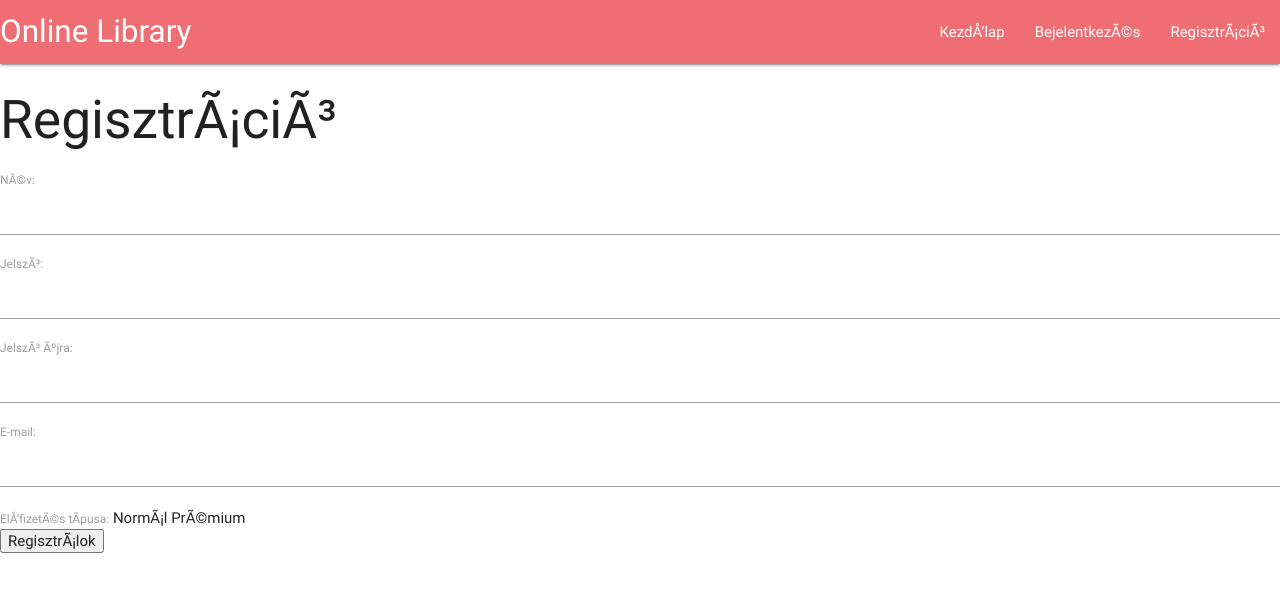
Repository: molnartimi/JavaWeb
Page: http://localhost/OnlineLibrary/WEB-INF/jsp/registration.jsp
An editor plug-in stored every save of this project. The page is shown before and after the next save, followed by the edit.
The browser window is 1280 px wide. The pictures show the whole page.
Some web libraries are served in a nearby version. The page is served by Tomcat 9. Nobody is signed in. The template is opened directly, without the code that normally fills it, so the values that code supplies are empty.

Above is the page before, as saved 2017-04-26 19:15:17.

After the next save:
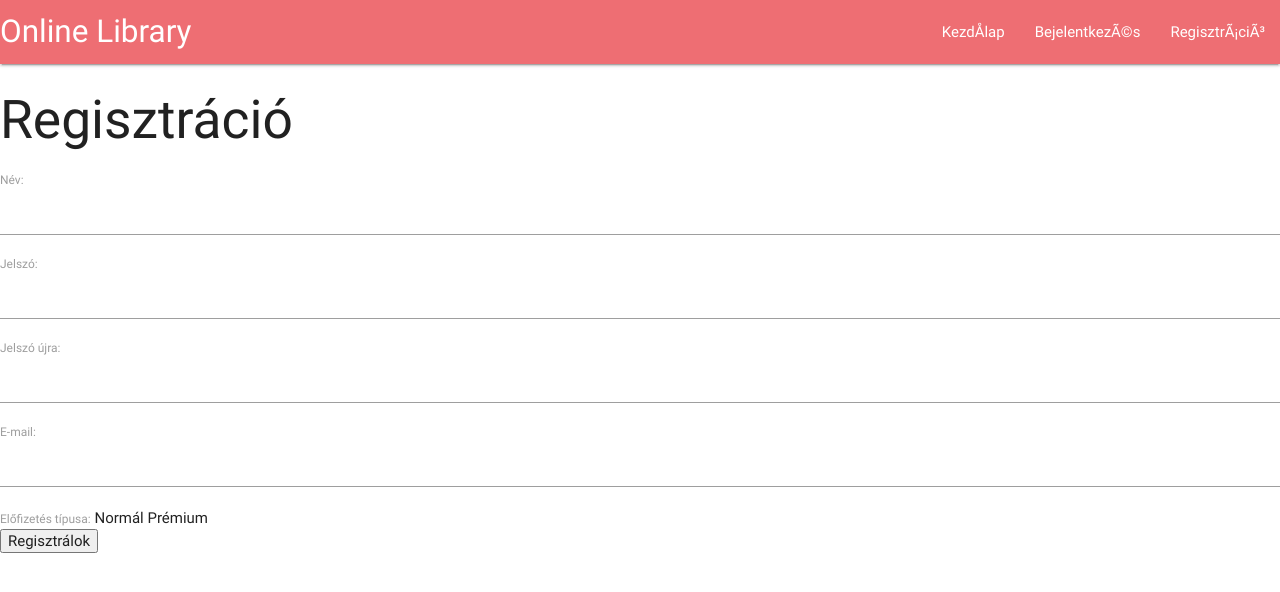
Saved 30 s later.
--- a/OnlineLibrary/WebContent/WEB-INF/jsp/registration.jsp
+++ b/OnlineLibrary/WebContent/WEB-INF/jsp/registration.jsp
@@ -1,5 +1,5 @@
-<%@ page language="java" contentType="text/html; charset=ISO-8859-1"
-    pageEncoding="ISO-8859-1"%>
+<%@ page language="java" contentType="text/html; charset=UTF-8"
+    pageEncoding="UTF-8"%>
 <!DOCTYPE html PUBLIC "-//W3C//DTD HTML 4.01 Transitional//EN" "http://www.w3.org/TR/html4/loose.dtd">
 <html>
 <jsp:include page="header.jsp"/>

After the save that followed:
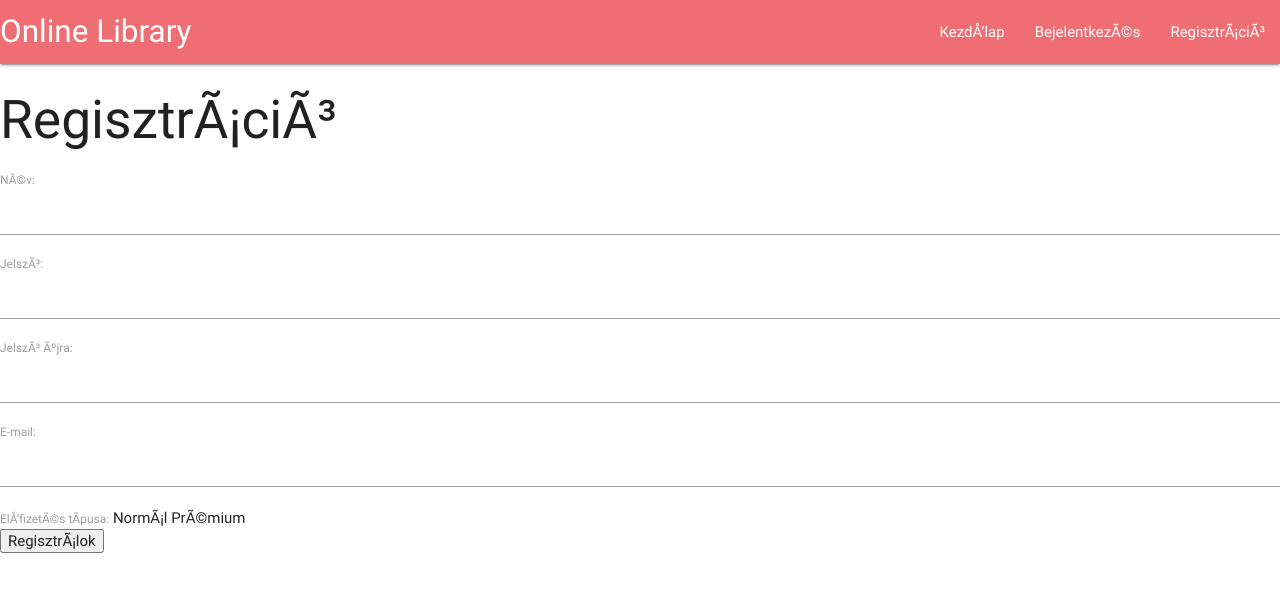
Saved 41 s later.
--- a/OnlineLibrary/WebContent/WEB-INF/jsp/registration.jsp
+++ b/OnlineLibrary/WebContent/WEB-INF/jsp/registration.jsp
@@ -1,5 +1,3 @@
-<%@ page language="java" contentType="text/html; charset=UTF-8"
-    pageEncoding="UTF-8"%>
 <!DOCTYPE html PUBLIC "-//W3C//DTD HTML 4.01 Transitional//EN" "http://www.w3.org/TR/html4/loose.dtd">
 <html>
 <jsp:include page="header.jsp"/>
